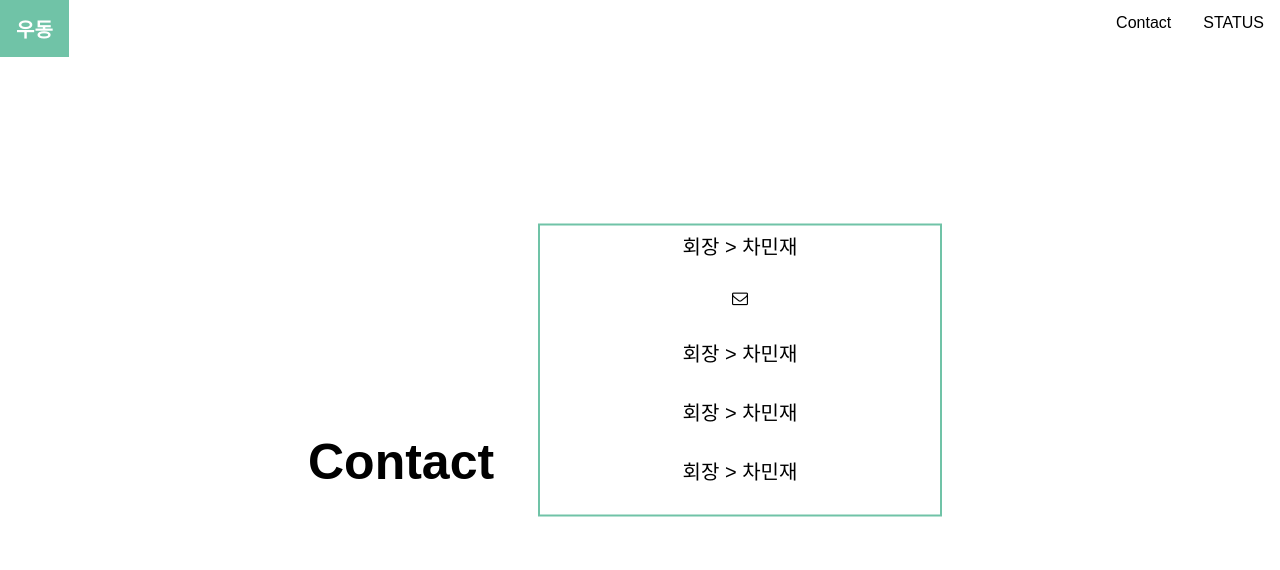
Repository: charmingjae/circles
Page: http://localhost/circles/root/contact.jsp
The author's editor kept a copy of each file at every save. The page is drawn from the files as they stood at one save, then again after the next save.
The browser window is 1280 px wide. The pictures show the whole page.
Some web fonts or font styles are not loaded; a fallback is used. The page is served by Tomcat 9.

Above is the page before, as saved 2020-07-09 15:02:46.

After the next save:
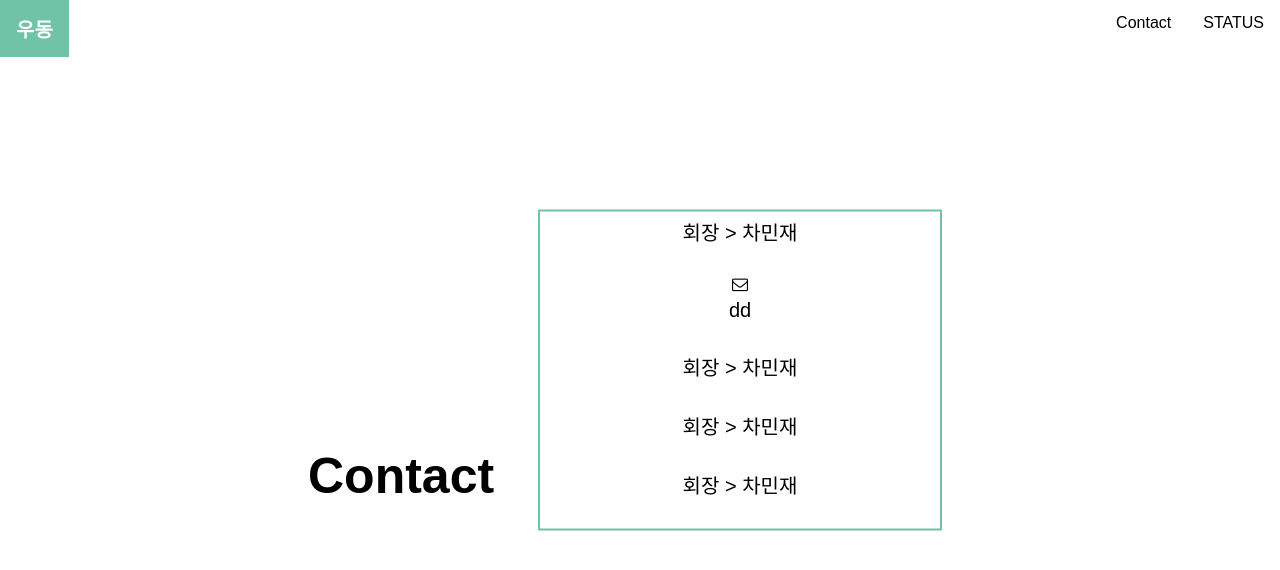
Saved 1 s later.
--- a/circles/WebContent/root/contact.jsp
+++ b/circles/WebContent/root/contact.jsp
@@ -21,7 +21,7 @@
 			<span id="head"> Contact </span>
 			<div class="main">
 				<span id="showEtc"> 회장 > 차민재 </span>
-				<i class="fa fa-envelope-o" aria-hidden="true"></i><span id="showEtc">  </span>
+				<i class="fa fa-envelope-o" aria-hidden="true"></i><span id="showEtc"> dd </span>
 				<span id="showEtc"> 회장 > 차민재 </span>
 				<span id="showEtc"> 회장 > 차민재 </span>
 				<span id="showEtc"> 회장 > 차민재 </span>
